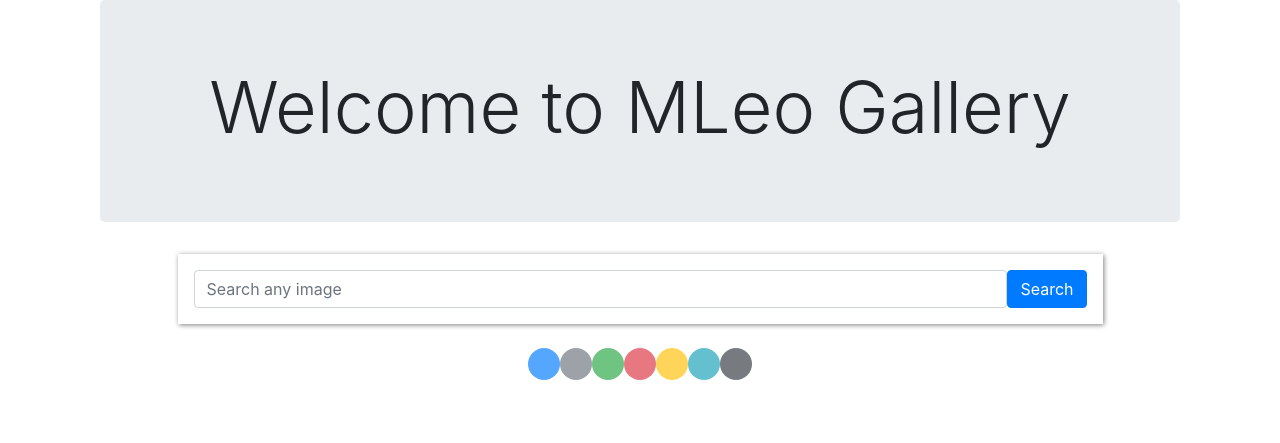
Repository: the-manohar/gallery
Page: /
An editor plug-in stored every save of this project. The page is shown before and after the next save, followed by the edit.
The browser window is 1280 px wide. The pictures show the whole page.
The project was rebuilt for these pictures with package versions that can differ from the ones it lists, and the page was loaded fresh each time.

Above is the page before, as saved 2020-06-19 00:31:37.

### public/index.html
<!DOCTYPE html>
<html lang="en">
  <head>
    <meta charset="utf-8" />
    <link rel="icon" href="%PUBLIC_URL%/favicon.ico" />
    <meta name="viewport" content="width=device-width, initial-scale=1" />
    <meta name="theme-color" content="#000000" />
    <meta
      name="description"
      content="Web site created using create-react-app"
    />
    <link rel="apple-touch-icon" href="%PUBLIC_URL%/logo192.png" />
    <!--
      manifest.json provides metadata used when your web app is installed on a
      user's mobile device or desktop. See https://developers.google.com/web/fundamentals/web-app-manifest/
    -->
    <link rel="manifest" href="%PUBLIC_URL%/manifest.json" />
    <!--
      Notice the use of %PUBLIC_URL% in the tags above.
      It will be replaced with the URL of the `public` folder during the build.
      Only files inside the `public` folder can be referenced from the HTML.

      Unlike "/favicon.ico" or "favicon.ico", "%PUBLIC_URL%/favicon.ico" will
      work correctly both with client-side routing and a non-root public URL.
      Learn how to configure a non-root public URL by running `npm run build`.
    -->
    <title>MLeo App</title>
  </head>
  <body>
    <noscript>You need to enable JavaScript to run this app.</noscript>
    <div id="root"></div>
    <!--
      This HTML file is a template.
      If you open it directly in the browser, you will see an empty page.

      You can add webfonts, meta tags, or analytics to this file.
      The build step will place the bundled scripts into the <body> tag.

      To begin the development, run `npm start` or `yarn start`.
      To create a production bundle, use `npm run build` or `yarn build`.
    -->
  </body>
</html>

### src/index.js
import React from "react";
import ReactDOM from "react-dom";
import "./index.css";
import "bootstrap/dist/css/bootstrap.css";
import App from "./App";
import * as serviceWorker from "./serviceWorker";

ReactDOM.render(
  <React.StrictMode>
    <App />
  </React.StrictMode>,
  document.getElementById("root")
);

// If you want your app to work offline and load faster, you can change
// unregister() to register() below. Note this comes with some pitfalls.
// Learn more about service workers: https://bit.ly/CRA-PWA
serviceWorker.unregister();

### src/App.js
import React, { useState } from "react";
import { Button, InputGroup, Input, Jumbotron, Spinner } from "reactstrap";

import "./App.css";

function App() {
  const [value, setValue] = useState("");
  const [result, setResult] = useState([]);
  const fetchImages = () => {
    fetch(
      `https://api.unsplash.com/search/photos/?client_id=V38aA4zOjg1Xb1lBpNRUAK8duXvqwhDHHJbssXB_Pps&query=${value}&orientation=squarish&per_page=18`
    )
      .then((res) => res.json())
      .then((data) => {
        setResult(data.results);
      });
  };
  return (
    <div className="container App">
      <div className="col-md-12 col-sm-10 col-xs-12">
        <Jumbotron>
          <h1 className="display-3">Welcome to MLeo Gallery</h1>
        </Jumbotron>
      </div>
      <div className="d-flex p-3 mx-auto mydiv col-sm-12 col-md-10 col-xs-3 ">
        <InputGroup>
          <Input
            placeholder="Search any image"
            value={value}
            onChange={(event) => setValue(event.target.value)}
          />
        </InputGroup>
        <Button color="primary" onClick={() => fetchImages()}>
          Search
        </Button>
      </div>
      {result.length > 0 ? (
        <div className="col-sm-12">
          {result.map((item) => {
            return (
              <img
                className=" img-thumbnail"
                key={item.id}
                src={item.urls.small}
                alt={item.urls.small}
              />
            );
          })}
        </div>
      ) : (
        // <Spinner style={{ width: "3rem", height: "3rem" }} />
        <div className="mt-4">
          <Spinner type="grow" color="primary" />
          <Spinner type="grow" color="secondary" />
          <Spinner type="grow" color="success" />
          <Spinner type="grow" color="danger" />
          <Spinner type="grow" color="warning" />
          <Spinner type="grow" color="info" />
          <Spinner type="grow" color="dark" />
        </div>
      )}
    </div>
  );
}

export default App;

//

### src/App.css
.App {
  text-align: center;
}
.mydiv {
  /* display: flex; */
  /* justify-content: space-around; */
  /* margin: 10px 7%; */
  box-shadow: 1px 1px 5px grey;
  /* padding: 10px; */
}
.gallery {
  display: flex;
  flex-wrap: wrap;
  justify-content: space-around;
}
.item {
  width: 30%;
  margin: 5px;
}

Loaded but not shown: src/index.css (common file); src/serviceWorker.js (common file)

After the next save:
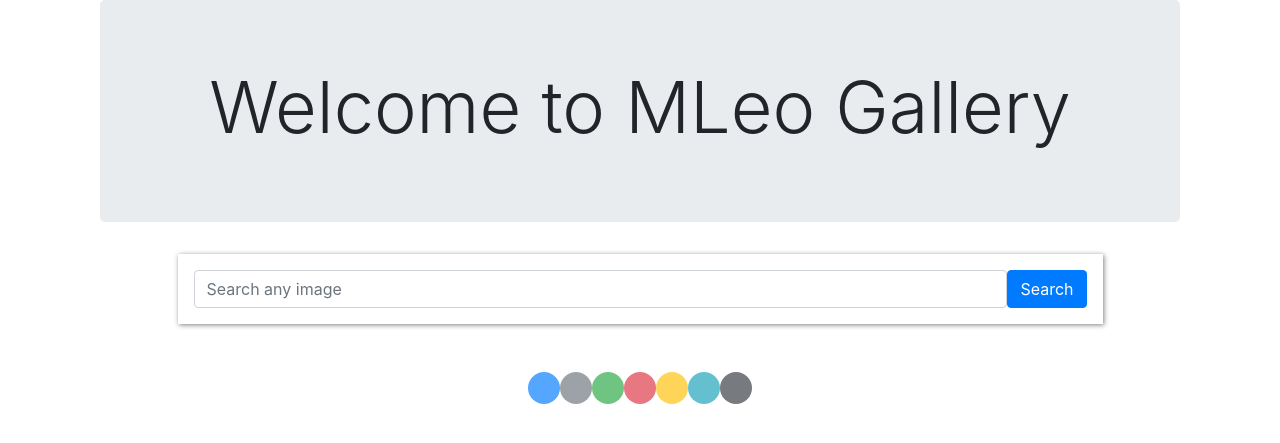
Saved 7 s later.
--- a/src/App.js
+++ b/src/App.js
@@ -49,7 +49,7 @@ function App() {
         </div>
       ) : (
         // <Spinner style={{ width: "3rem", height: "3rem" }} />
-        <div className="mt-4">
+        <div className="mt-5">
           <Spinner type="grow" color="primary" />
           <Spinner type="grow" color="secondary" />
           <Spinner type="grow" color="success" />
